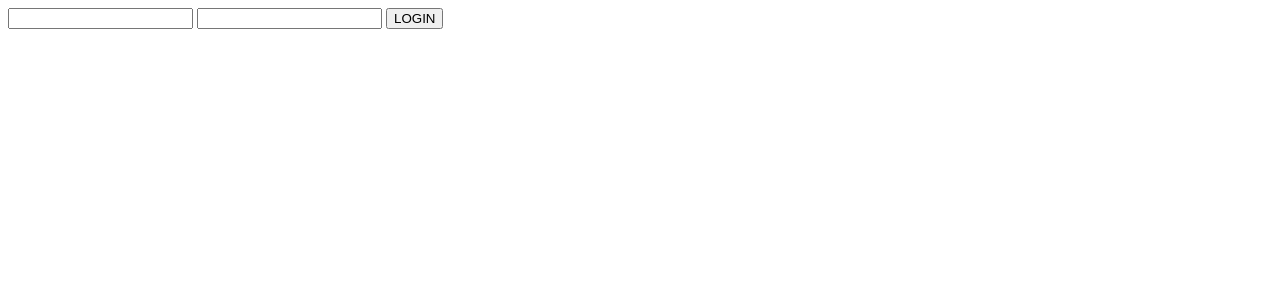
Repository: shzkhar/ISM_ADV_JAVA_23
Page: http://localhost/ServletDemo/Login.jsp
The author's editor kept a copy of each file at every save. The page is drawn from the files as they stood at one save, then again after the next save.
The browser window is 1280 px wide. The pictures show the whole page.
The page is served by Tomcat 9. Other server files are loaded and not shown.

Above is the page before, as saved 2023-04-03 04:38:19.

### ServletDemo/src/main/webapp/Login.jsp
<%@ page language="java" contentType="text/html; charset=ISO-8859-1"
    pageEncoding="ISO-8859-1"%>
<!DOCTYPE html>
<html>
<head>
<meta charset="ISO-8859-1">
<title>Insert title here</title>
</head>
<body>

     <form action="login" method="post">
        <input type="text" name="fname"/>
        <input type="text" name="email"/>
        <input type="submit" value="LOGIN"/>
     </form>
</body>
</html>

After the next save:
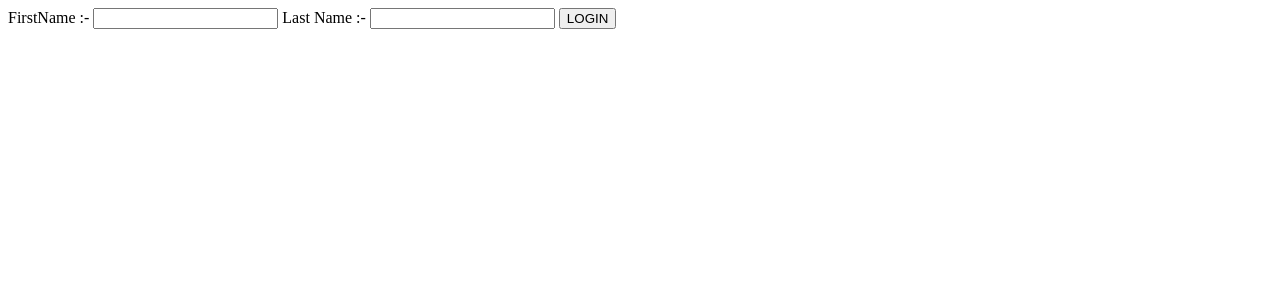
Saved 82 s later.
--- a/ServletDemo/src/main/webapp/Login.jsp
+++ b/ServletDemo/src/main/webapp/Login.jsp
@@ -9,8 +9,8 @@
 <body>
 
      <form action="login" method="post">
-        <input type="text" name="fname"/>
-        <input type="text" name="email"/>
+       FirstName :- <input type="text" name="fname"/>
+       Last Name :- <input type="text" name="email"/>
         <input type="submit" value="LOGIN"/>
      </form>
 </body>
